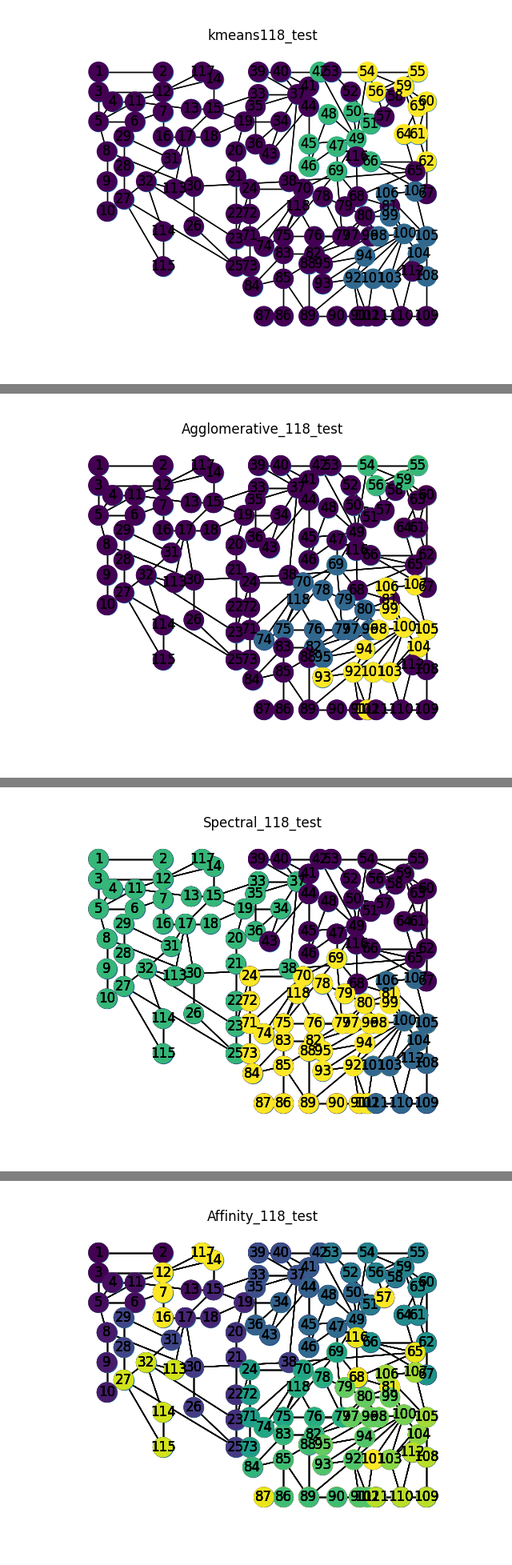
Repository: AyresNishio/Segmenta--o-118-barras
Script's output: python test_clustering.py
An editor plug-in stored every save of this project. The script's output is shown before and after the next save, followed by the edit.
The pictures are shown at 80% of full size.
Each picture stacks the figures in order, with grey between them; figures that are only written to a file come last. Random numbers start from a fixed seed.

Above is the script's output before, as saved 2021-09-21 14:16:26.

After the next save:
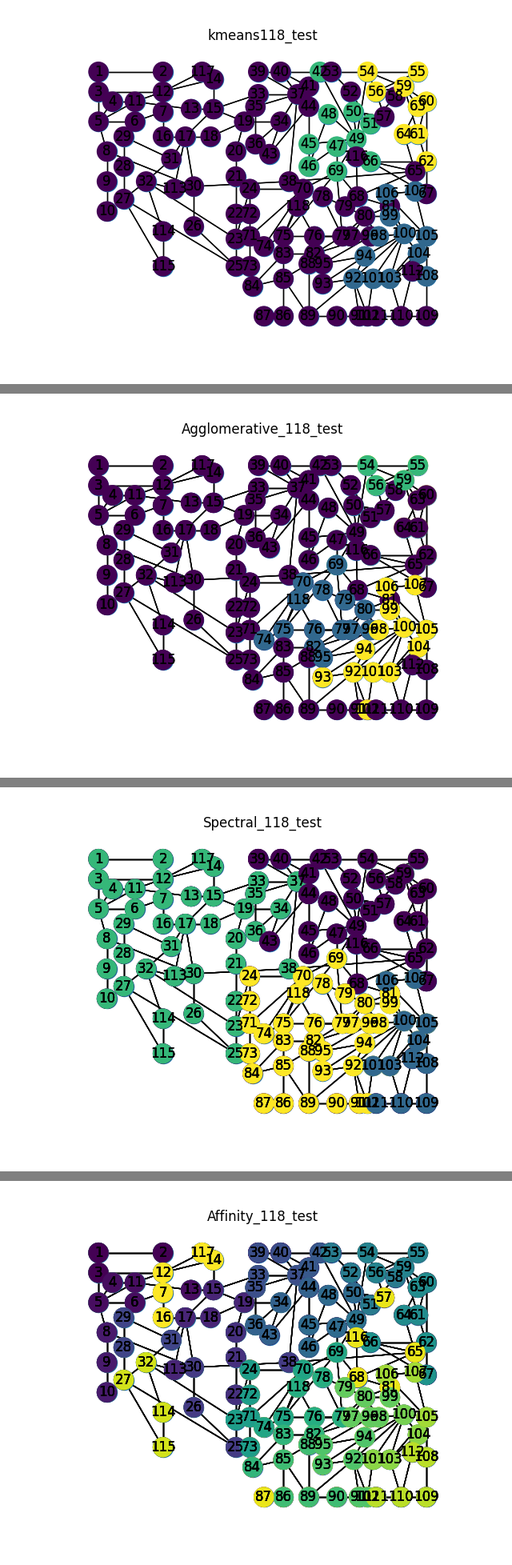
Saved 60 s later.
--- a/test_clustering.py
+++ b/test_clustering.py
@@ -184,7 +184,7 @@ algorithms['kmeans'] = cluster.KMeans(n_clusters=k_clusters, n_init=118)
 algorithms['agglom'] = cluster.AgglomerativeClustering(n_clusters=k_clusters, linkage="ward")
 
 #Spectral Clustering
-algorithms['spectral'] = cluster.SpectralClustering(n_clusters=k_clusters, affinity="precomputed", n_init=118)
+algorithms['spectral'] = cluster.SpectralClustering(n_clusters=k_clusters, affinity="precomputed", n_init=100)
 
 #Affinity Propagation
 algorithms['affinity'] = cluster.AffinityPropagation(damping=0.5)
